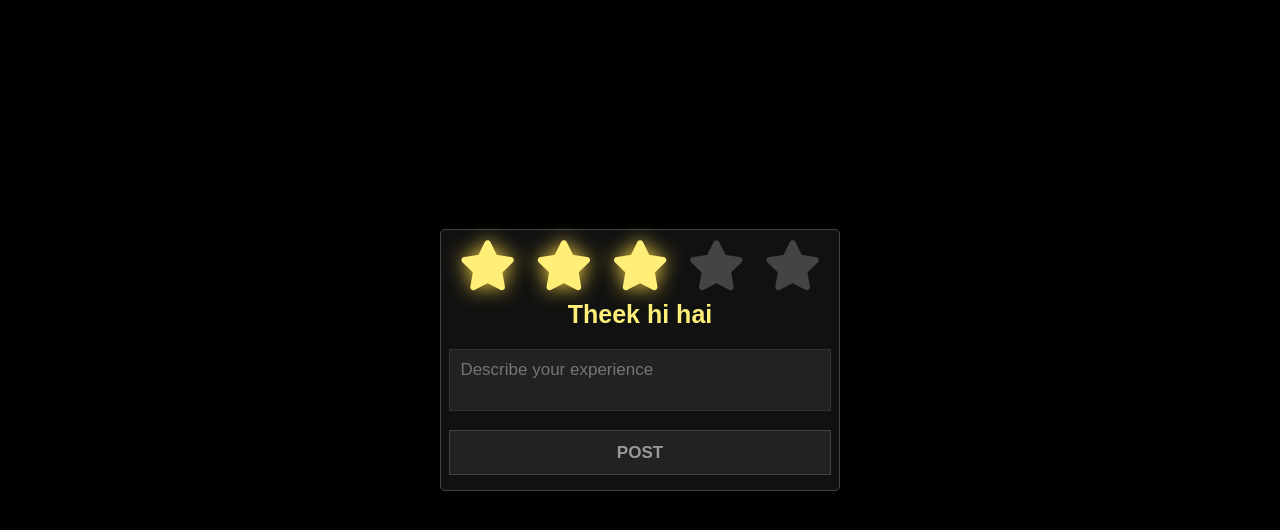
Repository: Suryansh-D/Star-Ratings
Page: index.html
These files come from the project's save history. The page is drawn as it stood at one moment and after the next save; the edit follows.
The browser window is 1280 px wide. The pictures show the whole page.
The first `#rate-3` is checked.

Above is the page before, as saved 2024-02-03 10:17:37.

### index.html
<!DOCTYPE html>
<html lang="en">
<head>
    <meta charset="UTF-8">
    <meta name="viewport" content="width=device-width, initial-scale=1.0">
    <title>Document</title>
</head>
<link rel="stylesheet" href="style.css">
<link rel="stylesheet" href="https://cdnjs.cloudflare.com/ajax/libs/font-awesome/5.15.3/css/all.min.css">
<body>
    <div class="container">
        <div class="stars">
            <input type="radio" name="rate" id="rate-5">
            <label for="rate-5" class="fas fa-star"></label>
            <input type="radio" name="rate" id="rate-4">
            <label for="rate-4" class="fas fa-star"></label>
            <input type="radio" name="rate" id="rate-3">
            <label for="rate-3" class="fas fa-star"></label>
            <input type="radio" name="rate" id="rate-2">
            <label for="rate-2" class="fas fa-star"></label>
            <input type="radio" name="rate" id="rate-1">
            <label for="rate-1" class="fas fa-star"></label>
            <form action="#">
                <header></header>
                <div class="textarea">
                <textarea cols="30" placeholder="Describe your experience"></textarea>
                </div>
                    <div class="btn">
                        <button type="submit">Post</button>
                        </div>
                 </form>
        </div>
    </div>
    <script></script>
</body>
</html>

### style.css
@import url('https://fonts.googleapis.com/css?family=Roboto:400,700');
* {
  margin: 0;
  padding: 0;
  box-sizing: border-box;
  font-family:'Poppins', sans-serif;
}
html, body {
  height: 100%;
  background-color: #000;
  place-items: center;
  display: grid;
  text-align: center;
}

.container {
  width: 400px;
  background: #111;
    padding: 20px , 30px;
    border: 1px solid #444;
    border-radius: 5px;
    display: flex;
    flex-direction: column;
    align-items: center;
    justify-content: center;
}
.container .stars input{
    display: none;
}
.stars label{
    font-size: 50px;
    color: #444;
    cursor: pointer;
    transition: all 0.2s ease;
    float: right;
    padding: 10px;

}
.stars input:not(:checked) ~ label:hover ,
.stars input:not(:checked) ~ label:hover ~ label{
    color: #ffcc00;
}
.stars input:checked ~ label{
    color: #ffcc00;
}
input#rate-5:checked ~ label{
    color: #fe7;
    text-shadow: 0 0 20px #f1cf45;
}
input#rate-4:checked ~ label{
    color: #fe7;
    text-shadow: 0 0 20px #f1cf45;
}
input#rate-3:checked ~ label{
    color: #fe7;
    text-shadow: 0 0 20px #f1cf45;
}
input#rate-2:checked ~ label{
    color: #fe7;
    text-shadow: 0 0 20px #f1cf45;
}
input#rate-1:checked ~ label{
    color: #fe7;
    text-shadow: 0 0 20px #f1cf45;
}

#rate-1:checked ~ form header:before{
    content: "Hatt Bakwas 😤";

}
#rate-2:checked ~ form header:before{
    content: "Bekaar 😒";
}
#rate-3:checked ~ form header:before{
    content: "Theek hi hai ";
}
#rate-4:checked ~ form header:before{
    content: "Hatt Bakwas 😤";
}
#rate-5:checked ~ form header:before{
    content: "Hatt Bakwas 😤";
}


form header{
    width:100%;
    font-size: 25px;
    color: #fe7;
    font-weight: 700;
    margin: 5px 0 20px 0;
    text-align: center;
    transition: all 0.2s ease;
}

form .textarea{
    width: 100%;
   height: 100%;
   overflow: hidden;
}
form .textarea textarea{
    height: 100%;
    width:100%;
    outline: none;
    color: #fff;
    border: 1px solid #333;
    background: #222;
    padding: 10px;
    font-size: 17px;
    resize: none;
}
form .btn{
  height: 45px;
  width: 100%;
  margin: 15px 0;
}
form .btn button{
    width: 100%;
    height: 100%;
    border: 1px solid #444;
    outline: none;
    background: #222;
    color: #999;
    font-size: 20px;
    font-weight: 700;
    cursor: pointer;
    transition: all 0.2s ease;
    font-size: 17px;
    text-transform: uppercase;
}
form .btn button:hover{
    background: #1b1b1b;
    color: #fff;
}

After the next save:
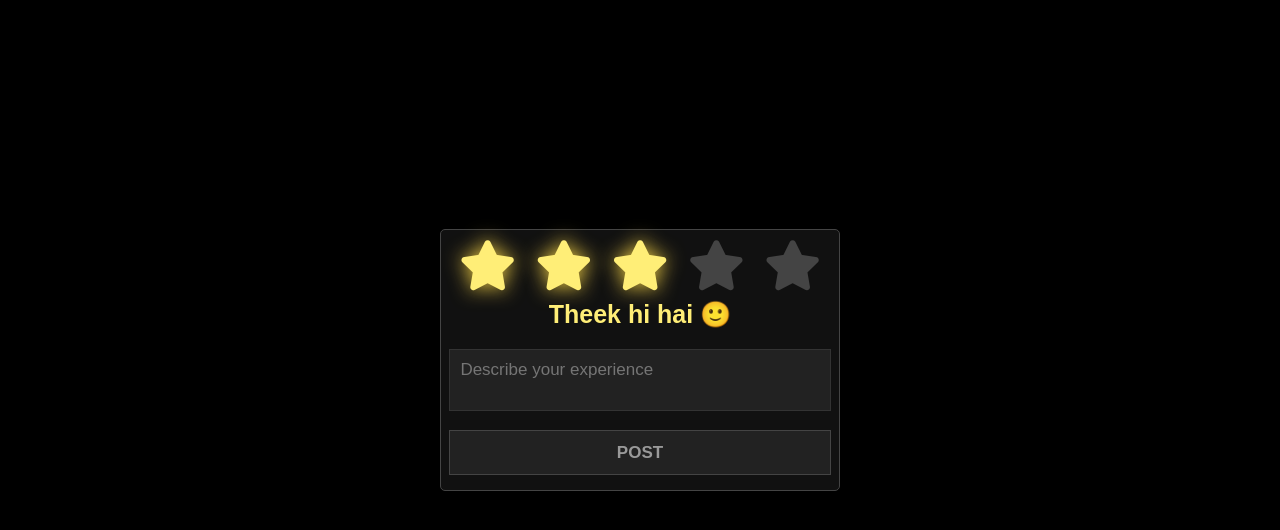
Saved 8 s later.
--- a/style.css
+++ b/style.css
@@ -72,7 +72,7 @@ input#rate-1:checked ~ label{
     content: "Bekaar 😒";
 }
 #rate-3:checked ~ form header:before{
-    content: "Theek hi hai ";
+    content: "Theek hi hai 🙂";
 }
 #rate-4:checked ~ form header:before{
     content: "Hatt Bakwas 😤";
